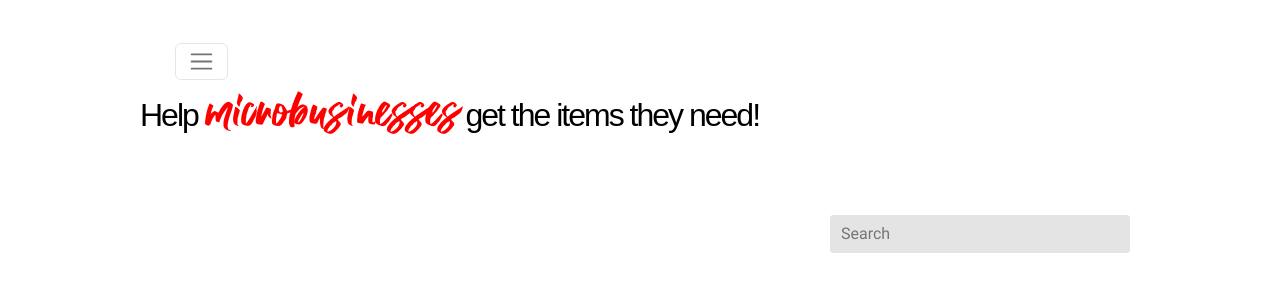
Repository: David-Waite/edableStyleChanges
Page: /
An editor plug-in stored every save of this project. The page is shown before and after a run of saves, followed by the edit.
The browser window is 1280 px wide. The pictures show the whole page.
The project was rebuilt for these pictures with package versions that can differ from the ones it lists, and the page was loaded fresh each time. Also part of the build but not shown: src/components/Item/ProgressBar.css, src/components/Volunteer/Volunteer.tsx, src/components/DonorForm/Message.css, src/components/Volunteer/VolunteerError.tsx, src/components/Default.tsx, src/components/DonorForm/Paypal.tsx, src/components/DonorForm/DonorForm.tsx, src/components/Organisation/Organisation.module.css and 9 more.

Above is the page before, as saved 2022-10-27 17:46:52.

### public/index.html
<!DOCTYPE html>
<html lang="en">
  <head>
    <meta charset="utf-8" />
    <link rel="icon" href="%PUBLIC_URL%/favicon.ico" />
    <meta name="viewport" content="width=device-width, initial-scale=1" />
    <meta name="theme-color" content="#000000" />
    <meta name="description" content="EdAble Donations System" />
    <link rel="apple-touch-icon" href="%PUBLIC_URL%/logo192.png" />
    <link rel="manifest" href="%PUBLIC_URL%/manifest.json" />
    <link
      rel="stylesheet"
      href="https://cdn.jsdelivr.net/npm/bootstrap@5.2.0-beta1/dist/css/bootstrap.min.css"
      integrity="sha384-0evHe/X+R7YkIZDRvuzKMRqM+OrBnVFBL6DOitfPri4tjfHxaWutUpFmBp4vmVor"
      crossorigin="anonymous"
    />
    <title>EdAble Donations</title>
  </head>
  <body>
    <noscript>You need to enable JavaScript to run this app.</noscript>
    <div id="root"></div>
  </body>
  <script src="./iframeResizer.contentWindow.min.js"></script>
</html>

### src/index.tsx
import React from 'react';
import ReactDOM from 'react-dom/client';
import './index.css';
import App from './App';
import reportWebVitals from './reportWebVitals';
import './fonts/Roboto/Roboto-Medium.ttf';
import './fonts/Lora/Lora-VariableFont_wght.ttf';

const root = ReactDOM.createRoot(
  document.getElementById('root') as HTMLElement
);
root.render(
  <React.StrictMode>
    <App />
  </React.StrictMode>
);

// If you want to start measuring performance in your app, pass a function
// to log results (for example: reportWebVitals(console.log))
// or send to an analytics endpoint. Learn more: https://bit.ly/CRA-vitals
reportWebVitals();

### src/index.css
body {
  margin: 0;
  -webkit-font-smoothing: antialiased;
  -moz-osx-font-smoothing: grayscale;
}

code {
  font-family: source-code-pro, Menlo, Monaco, Consolas, "Courier New",
    monospace;
}

* {
  box-sizing: border-box;
}

#page-wrap {
  padding-bottom: 10px;
  padding-top: 10px;
}
@font-face {
  font-family: "Roboto";
  src: local("Roboto"),
    url("./fonts/Roboto/Roboto-Medium.ttf") format("truetype");
}

@font-face {
  font-family: "Lora";
  src: local("Lora"),
    url("./fonts/Lora/Lora-VariableFont_wght.ttf") format("truetype");
}

@font-face {
  font-family: "black_stonealternative";
  src: local("blackStone"),
    url("./fonts/BlackStone/blackstone-alternative-webfont.woff") format("woff");
}

h1 {
  font-family: "Roboto";
  font-style: normal;
  font-weight: 700;
  font-size: 52px;
  line-height: 64px;
  /* identical to box height, or 123% */
  color: #000000;
}

h2 {
  font-family: "Lora";
  font-style: normal;
  font-weight: 700;
  font-size: 47px;
  line-height: 60px;
  /* identical to box height, or 128% */
  color: #f1f1f1;
}

h3 {
  font-family: "Lora";
  font-style: normal;
  font-weight: 700;
  font-size: 40px;
  line-height: 51px;
  color: #c4c4c4;
}

h4 {
  font-family: "Roboto";
  font-style: normal;
  font-weight: 700;
  font-size: 35px;
  line-height: 43px;
  /* identical to box height, or 123% */
  letter-spacing: 0.02em;
  color: #000000;
}

h5 {
  font-family: "Roboto";
  font-style: normal;
  font-weight: 700;
  font-size: 28px;
  line-height: 44px;
  /* identical to box height, or 157% */
  color: #000000;
}

h6 {
  font-family: "Roboto";
  font-style: normal;
  font-weight: 700;
  font-size: 21px;
  line-height: 25px;
  /* identical to box height */
  color: #000000;
}

body {
  font-family: "Roboto";
  font-style: normal;
  font-weight: 400;
  font-size: 21px;
  line-height: 32px;
  /* identical to box height, or 152% */
  color: #000000;
}

### src/App.tsx
import React from "react";
import "./App.css";
import { BrowserRouter, Routes, Route } from "react-router-dom";

import { PayPalScriptProvider } from "@paypal/react-paypal-js";
import Base from "./components/Base";
import Landing from "./components/Landing/Landing";
import Volunteer from "./components/Volunteer/Volunteer";
import VolunteerError from "./components/Volunteer/VolunteerError";
import Default from "./components/Default";
import Organisation from "./components/Organisation/Organisation";
import ItemPage from "./components/Item/ItemPage";
import Success from "./components/DonorForm/Success";
import Cancel from "./components/DonorForm/Cancel";
import PastDonations from "./components/DonorForm/PastDonations";
import PastItemDonations from "./components/DonorForm/PastItemDonations";
import DonateTime from "./components/Volunteer/DonateTime";

function App() {
  return (
    <PayPalScriptProvider
      options={{
        "client-id":
        process.env.REACT_APP_PAYPAL_CLIENT_ID||"ATT3Tn46NrmHggGqVC4mzWOZWlnbp2ID9DA0yQnhsgqPFIVPPlLhfSI_-atbZc3aN7n_k7wUVTyQJMnI",
        currency: "AUD",
      }}
    >
      <BrowserRouter>
        <Routes>
          <Route path="/" element={<Base />}>
            <Route path="/" element={<Landing />} />
            <Route path="volunteer" element={<Volunteer />} />
            <Route path="success" element={<Success />} />
            <Route path="organisation/:orgId" element={<Organisation />} />
            <Route path="cancel/:orgId" element={<Cancel />} />
            <Route path="volunteererror/:orgId" element={<VolunteerError />} />
            <Route path="organisation/:orgId" element={<PastDonations />} />
            <Route path="item/:orgID/:itemID" element={<ItemPage />} />
            <Route path="item/:orgID/:itemID" element={<PastItemDonations />} />
            <Route path="volunteer/organisation/:orgId" element={<DonateTime />} />
            <Route path="volunteer/success" element={<Success />} />

            {/* Using path="*"" means "match anything", so this route
                acts like a catch-all for URLs that we don't have explicit
              routes for. */}
            <Route path="*" element={<Default />} />
          </Route>
        </Routes>
      </BrowserRouter>
    </PayPalScriptProvider>
  );
}

export default App;

### src/App.css
.App {
  text-align: center;
}

.App-logo {
  height: 40vmin;
  pointer-events: none;
}

@media (prefers-reduced-motion: no-preference) {
  .App-logo {
    animation: App-logo-spin infinite 20s linear;
  }
}

.App-header {
  background-color: #282c34;
  min-height: 100vh;
  display: flex;
  flex-direction: column;
  align-items: center;
  justify-content: center;
  font-size: calc(10px + 2vmin);
  color: white;
}

.App-link {
  color: #61dafb;
}

@keyframes App-logo-spin {
  from {
    transform: rotate(0deg);
  }
  to {
    transform: rotate(360deg);
  }
}

.font-face-rob {
  font-family: "Roboto";
}

.font-face-lora {
  font-family: "Lora";
}

.font-face-Black {
  font-family: "black_stonealternative";
}

### src/components/Base.tsx
import { Outlet } from 'react-router-dom';

function BasePage() {
  return (
    <>
      {/* An <Outlet> renders whatever child route is currently active,
          so you can think about this <Outlet> as a placeholder for
        the child routes we defined above. */}
      <Outlet/>
    </>
  );
}

export default BasePage;

### src/components/Landing/Landing.tsx
import { useEffect, useState } from "react";
import "./Landing.css";
import { Link } from "react-router-dom";
import { db } from "../../config/firebase";
import { collection, query, onSnapshot, where } from "firebase/firestore";
import { Button, Container, Carousel, Row, Col } from "react-bootstrap";
import { ReactComponent as InclusionHero } from "./InclusionHero.svg";

import Sidebar from "./Sidebar";
import ItemsCollection from "./ItemsCollection";
import Organisation from "../Organisation/Organisation";

function Landing() {
  const [orgList, setOrgList] = useState<any>([]);

  // gets all the orgs from dbs
  useEffect(() => {
    const q = query(
      collection(db, "Organisations"),
      where("activeStatus", "==", true)
    );
    onSnapshot(q, (querySnapshot) => {
      // setOrgList dumps all the orgs in orgList
      setOrgList(
        querySnapshot.docs.map((doc) => ({
          id: doc.id,
          data: doc.data(),
        }))
      );
    });
  }, []);

  useEffect(() => {
    window.scrollTo(0, 0);
  }, []);

  return (
    //   these lines set up the format of the page
    <>
      <div className="landing">
        {/* Burger menu */}
        <div className="navBarContainer">
          <Sidebar orgList={orgList} />
        </div>

        <div className="App" id="outer-container">
          {/* Carousel */}
          <Container>
            <Row>
              <Col>
                <div className="carouselContainer">
                  <Carousel
                    touch={true}
                    interval={4000}
                    indicators={true}
                    variant="light"
                  >
                    {orgList.map((org: any) => (
                      <Carousel.Item
                        key={org.id.toString()}
                        style={{
                          textAlign: "left",
                        }}
                      >
                        <Link
                          to={`organisation/${org.id}`}
                          style={{
                            textDecoration: "none",
                            color: "black",
                          }}
                        >
                          {/* this div contains the carousel item's contents and makes the whole carousel item a link (based on link tag above) */}
                          <div
                            className="carousel-contents"
                            style={{ backgroundImage: `url(${org.data.img})` }}
                          >
                            <h2 className="title">{org.data.name}</h2>
                            <div className="carousel-contents-bottom">
                              <p className="orgSummary">{org.data.summary}</p>
                              <Button
                                className="btnContribute"
                                variant="warning"
                              >
                                <div>
                                  CONTRIBUTE TO
                                  <span>{org.data.name.toUpperCase()}</span>!
                                </div>
                              </Button>
                            </div>
                          </div>
                        </Link>
                      </Carousel.Item>
                    ))}
                  </Carousel>
                </div>
              </Col>
            </Row>
          </Container>
        </div>

        <ItemsCollection orgList={orgList} />
      </div>
    </>
  );
}

export default Landing;

### src/components/Landing/Landing.css
.carousel-control-next,
.carousel-control-prev {
  width: 10%;
}

/* .landing {
  background-color: #ffffd9;
} */

.landing {
  max-width: 1000px;
  padding-top: 20px;
  margin: 0 auto 90px;
}

.title {
  font-size: 33px;
  font-family: sans-serif;
  height: auto;
  margin-bottom: 0px;
}

.header {
  /* margin-top: 15px;
  margin-left: 20px;
  margin-right: 20px; */
  padding-left: 3vw;
  padding-right: 3vw;
  /* padding-bottom: 20px; */
  padding-top: 3vh;
  background-color: black;
}

.star {
  height: 200px;
  width: 400px;
  display: block;
  margin: auto;
}

.col {
  padding: 0;
}

@media screen and (min-width: 100px) {
  h1 {
    font-size: calc(20px + 8vw);
  }

  h3 {
    font-size: calc(15px + 0.8vw);
  }

  p {
    font-size: calc(8px + 1vw);
    font-weight: 250;
  }
}

.navBarContainer {
  margin-left: 30px;
  margin-top: 10px;
  position: absolute;
  color: white;
}

.carousel {
  /* margin: 3px; */
  /* border-radius: 30px; */

  color: white;
  /* height: ; */
}

.carousel-contents {
  display: flex;

  flex-direction: column;
  justify-content: flex-end;

  padding: 10px 25px;
  color: white;
  height: 500px;
}

.carousel-indicators {
  margin-bottom: 10px;
}

.carousel-contents-bottom {
  display: flex;
  align-items: center;
  justify-content: space-between;
  gap: 20px;

  margin-bottom: 30px;
}

.btnContribute {
  background-color: #e50040;
  color: white;
  border: none;
  border-radius: 3px;
  padding: 10px 15px;
}

.btnContribute span {
  margin-left: 3px;
  font-size: 16px;
  font-weight: 400;
  color: white;
}

.btnContribute div {
  width: 300px;
  font-size: 16px;
  font-weight: 400;
  margin: 0;
}

.btnContribute:hover {
  background-color: #d4033e;
  color: white;
}

.orgSummary {
  font-size: 16px;
  line-height: 25px;
}

.imgCarousel {
  width: 100%;
  height: 600px;
}
@media screen and (max-width: 770px) {
  .btnContribute {
    font-size: 17px;
    color: white;
  }
  .btn {
    --bs-btn-line-height: 1.75;
  }
}

@media screen and (max-width: 500px) {
  .star {
    height: 150px;
    width: 300px;
  }
  .btnContribute {
    font-size: 15px;
  }
}
@media screen and (max-width: 400px) {
  .btnContribute {
    font-size: 13px;
  }
  .btn {
    --bs-btn-line-height: 1;
  }
}
@media screen and (max-width: 340px) {
  .star {
    height: 100px;
    width: 200px;
  }
  h2 {
    font-size: 20px;
  }
  .orgSummary {
    font-size: 15px;
  }
  .imgCarousel {
    width: 150px;
    height: 150px;
  }
}
@media screen and (max-width: 340px) {
  .navBarContainer {
    margin-left: 20px;
  }
}

/* #carousel-indicators {
    color:rgb(17, 0, 61)
} */

/* Button {
  font-size: x-small;




   <img
                              className="imgCarousel"
                              src={org.data.img}
                              alt={`${org.data.name}` + "'s logo"}
                            />
} */

### src/config/firebase.js
import { initializeApp } from "firebase/app";
import { getFirestore } from "firebase/firestore";
import { initializeAppCheck, ReCaptchaV3Provider } from "firebase/app-check";

const firebaseConfig = {
  apiKey: "AIzaSyDs6EtNxxw7Q9vqGTd9EFzCkpK4aQ9u_dY",
  authDomain: "edable-swinburne.firebaseapp.com",
  projectId: "edable-swinburne",
  storageBucket: "edable-swinburne.appspot.com",
  messagingSenderId: "217658206897",
  appId: "1:217658206897:web:529a69fce1bf349d7ad090",
  measurementId: "G-2R2MP9QZ9F",
};

// Initialize Firebase
const app = initializeApp(firebaseConfig);
const db = getFirestore(app);

// app check
const appCheck = initializeAppCheck(app, {
  provider: new ReCaptchaV3Provider("6LcACHkiAAAAAI-dIVsdXLO9-vrCICsqM5sRRjbJ"),
  isTokenAutoRefreshEnabled: true,
});

export { db };

### src/components/Landing/Sidebar.tsx
import { useState, useEffect } from "react";
import { query, onSnapshot, collection, where } from "firebase/firestore";
import { db } from "../../config/firebase";
import { Link } from "react-router-dom";
import Navbar from "react-bootstrap/Navbar";
import Offcanvas from "react-bootstrap/Offcanvas";

type SidemenuProps = {
  pageWrapId: string;
  outerContainerId: string;
};

function Sidebar(props: any) {
  const [search, setSearch] = useState<string>("");

  const handleChange = (e: React.ChangeEvent<HTMLInputElement>) => {
    setSearch(e.target.value);
  };

  const filteredOrganisations = props.orgList.filter((Organisations: any) =>
    Organisations.data.name.toLowerCase().includes(search.toLowerCase())
  );
  return (
    <>
      <Navbar expand={false}>
        <Navbar.Toggle aria-controls={`offcanvasNavbar-expand`} />
        <Navbar.Offcanvas
          id={`offcanvasNavbar-expand`}
          aria-labelledby={`offcanvasNavbarLabel-expand`}
        >
          <Offcanvas.Header closeButton>
            <Offcanvas.Title
              id={`offcanvasNavbarLabel-expand`}
              style={{
                fontSize: "20px",
              }}
            >
              Social-enterprises supported by EdAble
            </Offcanvas.Title>
          </Offcanvas.Header>
          <Offcanvas.Body>
            <input type="text" onChange={handleChange} placeholder="Search" />
            {filteredOrganisations.map((Organisation: any) => (
              <Link
                style={{
                  textDecoration: "none",
                  color: "black",
                }}
                to={`organisation/${Organisation.id}`}
                key={Organisation.id}
              >
                <br />
                <div>{Organisation.data.name}</div>
              </Link>
            ))}
          </Offcanvas.Body>
        </Navbar.Offcanvas>
      </Navbar>
    </>
  );
}

export default Sidebar;

### src/components/Landing/ItemsCollection.tsx
import { useState, useEffect } from "react";
import {
  collectionGroup,
  query,
  onSnapshot,
  collection,
  where,
  getDocs,
} from "firebase/firestore";
import { db } from "../../config/firebase";
import Card from "react-bootstrap/Card";
import ProgressBar from "react-bootstrap/ProgressBar";
import { Link } from "react-router-dom";
import styles from "./ItemsCollection.module.css";
import "../Item/ProgressBar.css";

function ItemsCollection(props: any) {
  const [itemList, setItemList] = useState<any>([]);
  const [search, setSearch] = useState<string>("");

  useEffect(() => {
    const q = query(
      collectionGroup(db, "Items"),
      where("activeStatus", "==", true)
    );

    onSnapshot(q, async (querySnapshot) => {
      setItemList(
        querySnapshot.docs.map((doc) => ({
          id: doc.id,
          data: doc.data(),
          parentDoc: doc.ref.parent.parent?.id,
        }))
      );
    });
  }, []);

  function mergeLists() {
    const mergeList: any = [];
    itemList.map((item: any) => {
      props.orgList.map((org: any) => {
        if (item.parentDoc === org.id) {
          if (item.data.activeStatus === true) {
            mergeList.push({
              ...item,
              orgName: org.data.name,
              orgActiveStatus: org.data.activeStatus,
            });
          }
        }
      });
    });
    return mergeList;
  }

  const mergeList = mergeLists();

  const handleChange = (e: React.ChangeEvent<HTMLInputElement>) => {
    setSearch(e.target.value);
  };
  const filteredItems = mergeList.filter((item: any) =>
    item.data.name.toLowerCase().includes(search.toLowerCase())
  );
  return (
    <>
      <div className={styles.containerDiv}>
        <h2 className={styles.title}>
          Help <span>microbusinesses</span> get the items they need!
        </h2>
        <div
          className={styles.searchBar}
          style={{
            borderRadius: "3px",
            display: "flex",
            alignItems: "right",
            justifyContent: "right",
          }}
        >
          <input
            style={{ fontSize: "16px" }}
            className={styles.input}
            type="text"
            onChange={handleChange}
            placeholder="Search"
          />
        </div>

        <div className={styles.cardParentDiv}>
          {filteredItems.map((item: any) => (
            <div key={item.id.toString()} className={styles.cards}>
              <img src={item.data.img} alt={`Image of  ${item.data.name}`} />
              <div className={styles.cardBody}>
                <div>
                  <h3 className={styles.cardTitle}>
                    {item.orgName}:
                    <br />
                    <span>{item.data.name}</span>
                  </h3>

                  <p className={styles.cardDes}>{item.data.summary}</p>
                </div>

                <div className={styles.bottomHalfCard}>
                  <ProgressBar
                    striped
                    now={
                      item.data.totalDonationsValue
                        ? (item.data.totalDonationsValue /
                            item.data.initialPrice) *
                          100
                        : 0
                    }
                    label={`${Math.round(
                      (item.data.totalDonationsValue / item.data.initialPrice) *
                        100
                    )}%`}
                  />
                  <Link
                    style={{
                      textDecoration: "none",
                      color: "black",
                    }}
                    to={`item/${item.parentDoc}/${item.id}`}
                  >
                    <div className={styles.btn}>DONATE NOW!</div>
                  </Link>
                </div>
              </div>
            </div>
          ))}
        </div>
      </div>
    </>
  );
}

export default ItemsCollection;

### src/components/Landing/ItemsCollection.module.css
.containerDiv {
  /* background-color: rgb(212, 238, 249); */
  border-radius: 40px;
}

.searchBar {
  border-radius: 3px !important;
  padding: 0;
}
.title {
  font-size: 32px;
  color: black;
  font-family: sans-serif;
  margin-top: 60px;
  margin-bottom: 60px;
  font-weight: 500;
  letter-spacing: -2px;
}

.title span {
  font-family: "black_stonealternative";
  margin-left: 0px;
  margin-right: 0px;
  font-size: 55px;
  letter-spacing: 1px;
  font-weight: 100;
}

.input {
  margin: 10px;
  width: 300px;
  border-radius: 3px;
  padding: 2px 10px;
}

.cardParentDiv {
  display: grid;
  grid-template-columns: 1fr 1fr 1fr;
  gap: 30px;
}

.bottomHalfCard {
  align-self: end;
}
.cardParentDiv img {
  width: 100%;
  height: 180px;
  object-fit: cover;
  padding: 0;
  margin: 0;
}

.cardTitle {
  font-size: 18px;
  color: black;
  font-family: sans-serif;
  height: auto;
  line-height: 25px;
}

.cardTitle span {
  color: #e50040;
}

.cardDes {
  height: 60px;
  margin-top: 0px;
  color: rgb(29, 29, 29);
  font-size: 16px;
  letter-spacing: 0.1px;
  line-height: 16px;
  font-weight: 400;
}

.btn {
  text-decoration: none;
  color: white;
  display: flex;
  align-items: center;
  justify-content: center;
  height: 40px;
  margin-top: 10px;
  margin-bottom: -15px;
  text-align: center;
  border-radius: 3px;
  font-size: 16px;
  font-weight: 400;

  background-color: #5e17a9;
}

.cardBody {
  padding: 10px 10px 30px 10px;
}

.cards {
  border-radius: 3px;
  border: none;
  background-color: #f4f4f4;
}

@media (max-width: 1200px) {
  .cards {
    flex: 25%;
  }
}
@media (max-width: 1000px) {
  .cards {
    flex: 42%;
  }
  .input {
    width: 30%;
  }
}
@media (max-width: 768px) {
  .cards {
    flex: 75%;
  }
  .input {
    width: 50%;
  }
}
@media (max-width: 630px) {
  .cards {
    flex: 100%;
  }
  .input {
    width: 70%;
  }
}
@media (max-width: 500px) {
  .input {
    width: 100%;
  }
  .containerDiv {
    padding: 15px;
  }
  .cards {
    margin-left: 0px;
    margin-right: 0px;
    box-shadow: 4px 4px 13px -4px #3f3f3f;
  }
  .itemImg {
    width: 175px;
    height: 175px;
  }
}

### src/components/DonorForm/DonorForm.css
.donorInfoContainer, .VolunteerInfoContainer {
  border-radius: 10px;
  border: 1px solid rgb(215, 215, 215);
  padding: 30px;
  min-width: 500px;
  max-width: 60%;
  background-color: white;
  display: flex;
  justify-content: center;
}

.presetButtons {
  display: flex;
  align-items: center;
  justify-content: center;
}

label {
  font-size: small;
  color: rgb(46, 46, 46);
}

input, select {
  display: block;
  box-sizing: border-box;
  width: 100%;
  border-radius: 3px;
  border: 1px solid #e4e4e4;
  padding: 10px 10px;
  margin-bottom: 1px;
  font-size: 12px;
  background-color: #e4e4e4;
}

span {
  font-size: large;
  color: red;
}

.proceedPayBtn {
  color: white;
  background-color: #FF7000;
  border-color: #FF7000;
}

button {
  border-radius: 4px;
  border: 1px solid rgb(215, 215, 215);
  padding: 5px 10px;
  font-size: 14px;
  margin: 5px;
  color:white;
  background-color: #FF7000;
  border-color: #FF7000;
}

button[type='submit'],
input[type='submit'] {
  background: #ec598f;
  color: white;
  text-transform: uppercase;
  border: none;
  margin-top: 40px;
  padding: 10px;
  font-size: 16px;
  font-weight: 400;
  letter-spacing: 10px;
}

button[type='submit']:hover,
input[type='submit']:hover {
  background: #bf1650;
}

@media screen and (max-width: 630px) {
  .donorInfoContainer, .VolunteerInfoContainer{
    width: calc(100vw - 30px);
    min-width:0px;
    max-width: 100%;
  }
}
@media screen and (max-width: 310px) {
  .donorInfoContainer, .VolunteerInfoContainer{
    padding:10px;
    padding-top: 30px;
  }
}
/* .volunteerOrgInfo{
  display: none;
} */
.DOB{
  display: block;
}
/* #isOrg:checked + .volunteerOrgInfo {
  display: block;
} */
#isOrg:checked ~ .DOB {
  display: none;
}

Loaded but not shown: src/reportWebVitals.ts (common file); public/iframeResizer.contentWindow.min.js (library)

After the next 2 saves:
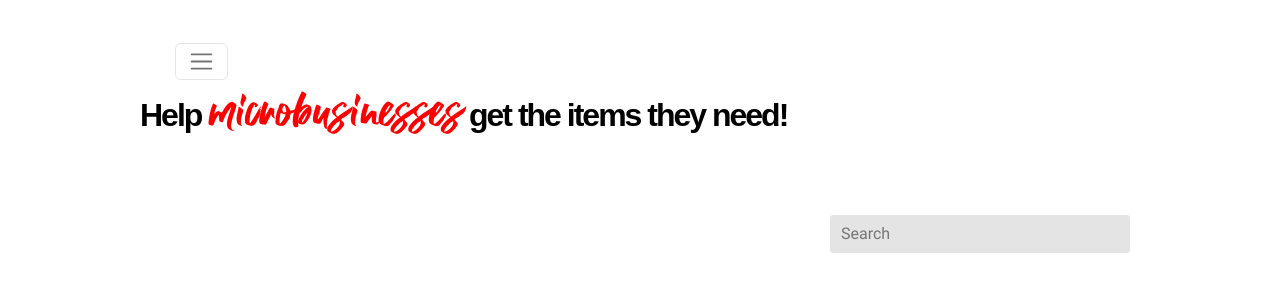
The 2 saves are shown as one change because they came seconds apart.
The last was saved 7 s later.
--- a/src/components/Landing/ItemsCollection.module.css
+++ b/src/components/Landing/ItemsCollection.module.css
@@ -13,7 +13,7 @@
   font-family: sans-serif;
   margin-top: 60px;
   margin-bottom: 60px;
-  font-weight: 500;
+
   letter-spacing: -2px;
 }
 
